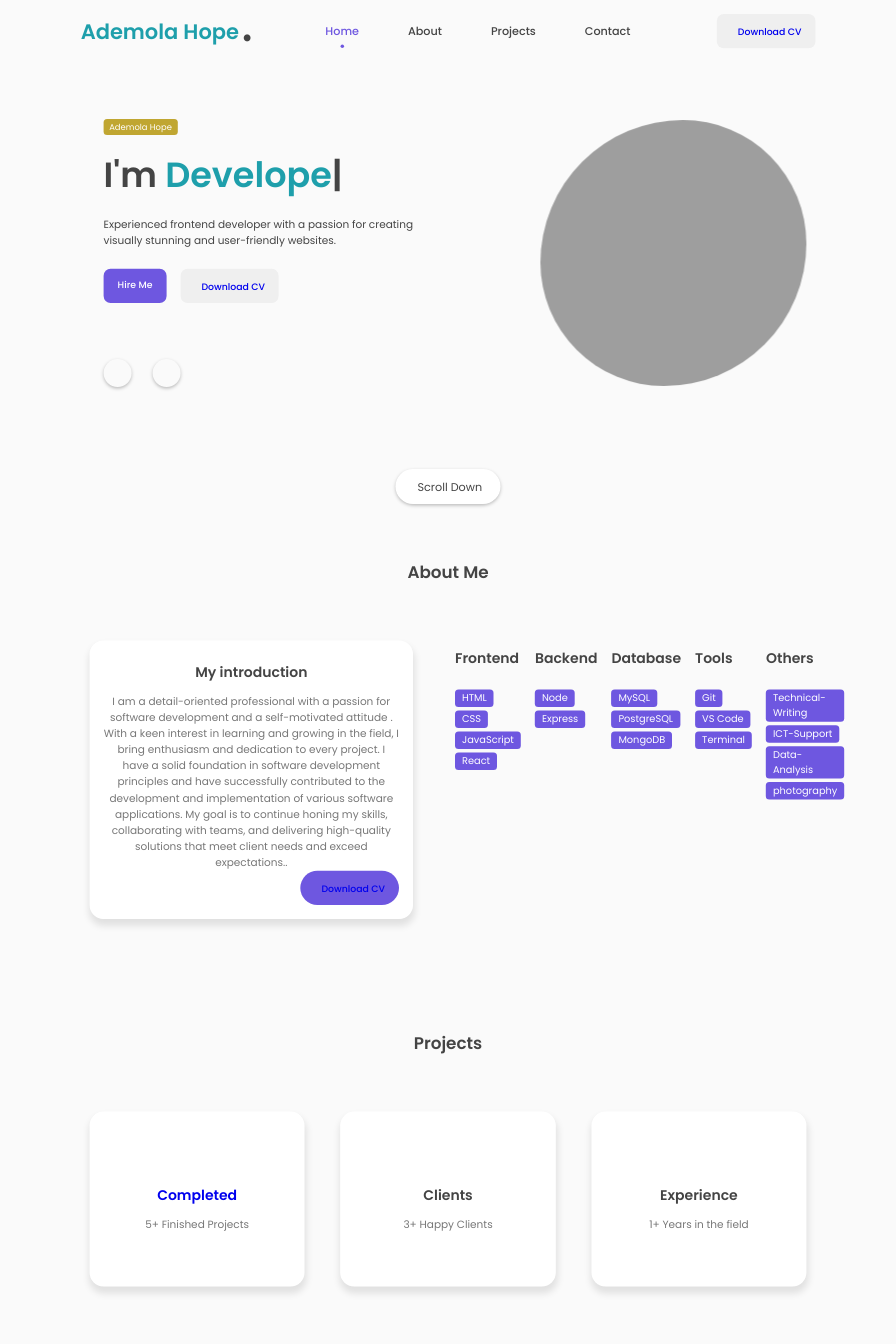
Repository: adehope1/My_Portfoilo
Page: index.html
An editor plug-in stored every save of this project. The page is shown before and after the next save, followed by the edit.
The browser window is 1280 px wide. The pictures show the part of the page from y = 0 to 1920 px (the page is 2928 px tall), at 70% of full size.
Pictures or frames that could not be fetched are drawn as grey boxes. Some icons come from a web library that is not loaded, so they are not drawn.

Above is the page before, as saved 2024-09-02 15:00:02.
Not found: assets/css/style.css

### index.html
<!DOCTYPE html>
<html lang="en">
<head>
    <meta charset="UTF-8">
    <meta name="viewport" content="width=device-width, initial-scale=1.0">

    <!-- --------- UNICONS ---------- -->
    <link rel="stylesheet" href="https://unicons.iconscout.com/release/v4.0.8/css/line.css">

    <!-- --------- CSS ---------- -->
    <link rel="stylesheet" href="assets/css/style.css">

    <!-- --------- FAVICON ---------- -->
    <link rel="shortcut icon" href="assets/images/favicon.png" type="image/x-icon">
    <link rel="stylesheet" href="./index.css">

    <title>Portfolio</title>
</head>
<body>
   <div class="container">
    <!-- --------------- HEADER --------------- -->
      <nav id="header">
        <div class="nav-logo">
            <p class="nav-name">Ademola Hope</p>
            <span>.</span>
        </div>
        <div class="nav-menu" id="myNavMenu">
            <ul class="nav_menu_list">
                <li class="nav_list">
                    <a href="#home" class="nav-link active-link">Home</a>
                    <div class="circle"></div>
                </li>
                <li class="nav_list">
                    <a href="#about" class="nav-link">About</a>
                    <div class="circle"></div>
                </li>
                <li class="nav_list">
                    <a href="#projects" class="nav-link">Projects</a>
                    <div class="circle"></div>
                </li>
                <li class="nav_list">
                    <a href="#contact" class="nav-link">Contact</a>
                    <div class="circle"></div>
                </li>
            </ul>
        </div>
        <div class="nav-button">
            <button class="btn"><i class="uil uil-file-alt"></i><a href="./assest/documents/tech-cve.pdf" download="tech-cve" style="text-decoration: none;">Download CV</a></button>
        </div>
        <div class="nav-menu-btn">
            <i class="uil uil-bars" onclick="myMenuFunction()"></i>
        </div>
      </nav>


    <!-- -------------- MAIN ---------------- -->
    <main class="wrapper">
       <!-- -------------- FEATURED BOX ---------------- -->
       <section class="featured-box" id="home">
          <div class="featured-text">
            <div class="featured-text-card">
                <span>Ademola Hope</span>
            </div>
            <div class="featured-name">
                <p>I'm <span class="typedText">Developer</span></p>
            </div>
            <div class="featured-text-info">
                <p>Experienced frontend developer with a passion for creating visually stunning
                   and user-friendly websites.
                </p>
            </div>
            <div class="featured-text-btn">
                <button class="btn blue-btn">Hire Me</button>
                <button class="btn"><i class="uil uil-file-alt"></i><a href="./assest/documents/tech-cve.pdf" download="tech-cve" style="text-decoration: none;">Download CV</a></button>
            </div>
            <div class="social_icons">
                <div class="icon"><a href="https://www.linkedin.com/in/adehope2021" target="_blank" rel="noopener noreferrer"></a><i class="uil uil-linkedin-alt"></i></div>
                <div class="icon"><a href="https://github.com/adehope1/" target="_blank"></a><i class="uil uil-github-alt"></i></div>
            </div>
          </div>
          <div class="featured-image">
            <div class="image">
                <img src="./assest/image/Mr Hope.jpg" alt="avatar">
            </div>
          </div>
          <div class="scroll-icon-box">
            <a href="#about" class="scroll-btn">
                <i class="uil uil-mouse-alt"></i>
                <p>Scroll Down</p>
            </a>
          </div>

       </section>
       <!-- -------------- ABOUT BOX ---------------- -->
       <section class="section" id="about">
          <div class="top-header">
            <h1>About Me</h1>
          </div>
          <div class="row">
            <div class="col">
                <div class="about-info">
                    <h3>My introduction</h3>
                    <p>I am a detail-oriented professional with a passion for software development and a self-motivated attitude . With a keen interest in learning and growing in the field, I bring enthusiasm and dedication to every project. I have a solid foundation in software development principles and have successfully contributed to the development and implementation of various software applications. My goal is to continue honing my skills, collaborating with teams, and delivering high-quality solutions that meet client needs and exceed expectations..
                    </p>
                    <div class="about-btn">
                        <button class="btn"><i class="uil uil-import"></i><a href="./assest/documents/tech-cve.pdf" download="tech-cve" style="text-decoration: none;">Download CV</a></button>
                    </div>
                </div>
            </div>
            <div class="col">
                <div class="skills-box">
                    <div class="skills-header">
                        <h3>Frontend</h3>
                    </div>
                    <div class="skills-list">
                        <span>HTML</span>
                        <span>CSS</span>
                        <span>JavaScript</span>
                        <span>React</span>
                    </div>
                </div>
                <div class="skills-box">
                    <div class="skills-header">
                        <h3>Backend</h3>
                    </div>
                    <div class="skills-list">
                        <span>Node</span>
                        <span>Express</span>
                    </div>
                </div>
                <div class="skills-box">
                    <div class="skills-header">
                        <h3>Database</h3>
                    </div>
                    <div class="skills-list">
                        <span>MySQL</span>
                        <span>PostgreSQL</span>
                        <span>MongoDB</span>
                    </div>
                </div>
                <div class="skills-box">
                    <div class="skills-header">
                        <h3>Tools</h3>
                    </div>
                    <div class="skills-list">
                        <span>Git</span>
                        <span>VS Code</span>
                        <span>Terminal</span>
                    </div>
                </div>
                <div class="skills-box">
                    <div class="skills-header">
                        <h3>Others</h3>
                    </div>
                    <div class="skills-list">
                        <span>Technical-Writing</span>
                        <span>ICT-Support</span>
                        <span>Data-Analysis</span>
                        <span>photography</span>
                    </div>

                </div>
            </div>
          </div>
       </section>

       <!-- -------------- PROJECT BOX ---------------- -->

       <section class="section" id="projects">
          <div class="top-header">
              <h1>Projects</h1>
          </div>
          <div class="project-container">
            <div class="project-box">
                <i class="uil uil-briefcase-alt"></i>
                <h3><a href="./assest/index2.html" target="_blank" style="text-decoration: none;">Completed</a></h3>
                <label>5+ Finished Projects</label>
            </div>
            <div class="project-box">
                <i class="uil uil-users-alt"></i>
                <h3>Clients</h3>
                <label>3+ Happy Clients</label>
            </div>
            <div class="project-box">
                <i class="uil uil-award"></i>
                <h3>Experience</h3>
                <label>1+ Years in the field</label>
            </div>
          </div>
       </section>

       <!-- -------------- CONTACT BOX ---------------- -->

       <section class="section" id="contact">
          <div class="top-header">
            <h1>Get in touch</h1>
            <span>Do you have a project in your mind, contact me here</span>
          </div>
          <div class="row">
             <div class="col">
                <div class="contact-info">
                    <h2>Find Me <i class="uil uil-corner-right-down"></i></h2>
                    <p><i class="uil uil-envelope"></i> Email: adeoyeademola@gmail.com</p>
                    <p><i class="uil uil-phone"></i> Tel: +2347065714450</p>
                </div>
             </div>
             <div class="col">
                <div class="form-control">
                    <div class="form-inputs">
                        <input type="text" class="input-field" placeholder="Name">
                        <input type="text" class="input-field" placeholder="Email">
                    </div>
                    <div class="text-area">
                        <textarea placeholder="Message"></textarea>
                    </div>
                    <div class="form-button">
                        <button class="btn">Send <a href="http://mail.google.com" target="_blank" rel="noopener noreferrer"></a><i class="uil uil-message"></i></button>
                    </div>
                </div>
             </div>
          </div>
       </section>

    </main>


    <!-- --------------- FOOTER --------------- -->
    <footer>
        <div class="top-footer">
            <p>Ademola Hope .</p>
        </div>
        <div class="middle-footer">
            <ul class="footer-menu">
                <li class="footer_menu_list">
                    <a href="#home">Home</a>
                </li>
                <li class="footer_menu_list">
                    <a href="#about">About</a>
                </li>
                <li class="footer_menu_list">
                    <a href="#projects">Projects</a>
                </li>
                <li class="footer_menu_list">
                    <a href="#contact">Contact</a>
                </li>
            </ul>
        </div>
        <div class="footer-social-icons">
            <div class="icon"><a href="https://www.linkedin.com/in/adehope2021" target="_blank"><i class="uil uil-linkedin-alt"></i></a></div>
            <div class="icon"><a href="https://github.com/adehope1/" target="_blank"><i class="uil uil-github-alt" ></i></a></div>
        </div>
        <div class="bottom-footer">
            <p>Copyright &copy; <a href="#home" style="text-decoration: none;">Ademola Hope</a> - All rights reserved</p>
        </div>
    </footer>

    </div>




    <!-- ----- TYPING JS Link ----- -->
     <script src="https://unpkg.com/typed.js@2.0.16/dist/typed.umd.js"></script>

       <!-- ----- SCROLL REVEAL JS Link----- -->
    <script src="https://unpkg.com/scrollreveal"></script>

    <!-- ----- MAIN JS ----- -->
    <script src="./index.js"></script>
</body>
</html>

Loaded but not shown: index.js (117 lines, source omitted); index.css (638 lines, source omitted)

After the next save:
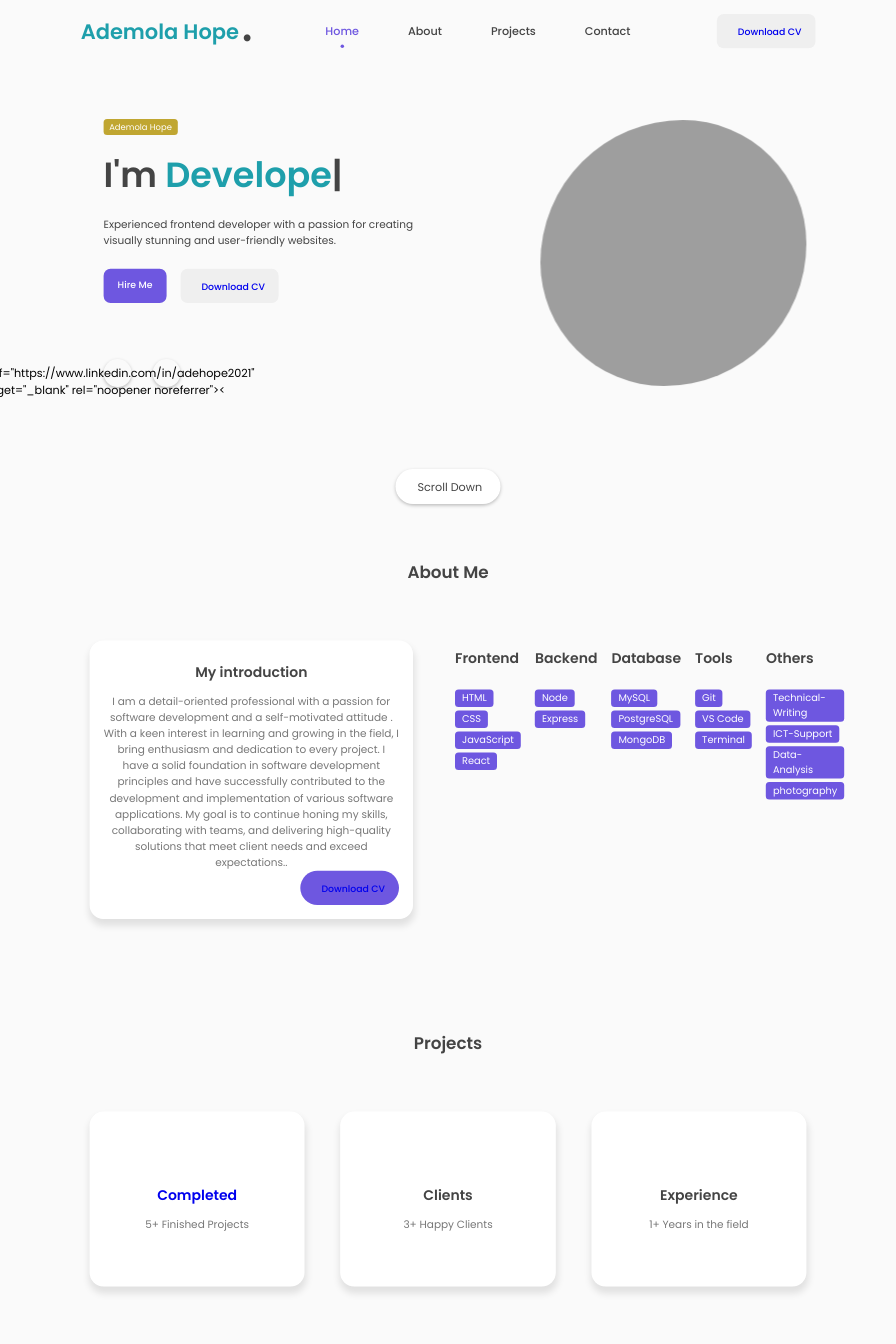
Saved 7 s later.
--- a/index.html
+++ b/index.html
@@ -74,7 +74,7 @@
                 <button class="btn"><i class="uil uil-file-alt"></i><a href="./assest/documents/tech-cve.pdf" download="tech-cve" style="text-decoration: none;">Download CV</a></button>
             </div>
             <div class="social_icons">
-                <div class="icon"><a href="https://www.linkedin.com/in/adehope2021" target="_blank" rel="noopener noreferrer"></a><i class="uil uil-linkedin-alt"></i></div>
+                <div class="icon">< href="https://www.linkedin.com/in/adehope2021" target="_blank" rel="noopener noreferrer"><<i class="uil uil-linkedin-alt"></i></div>
                 <div class="icon"><a href="https://github.com/adehope1/" target="_blank"></a><i class="uil uil-github-alt"></i></div>
             </div>
           </div>
